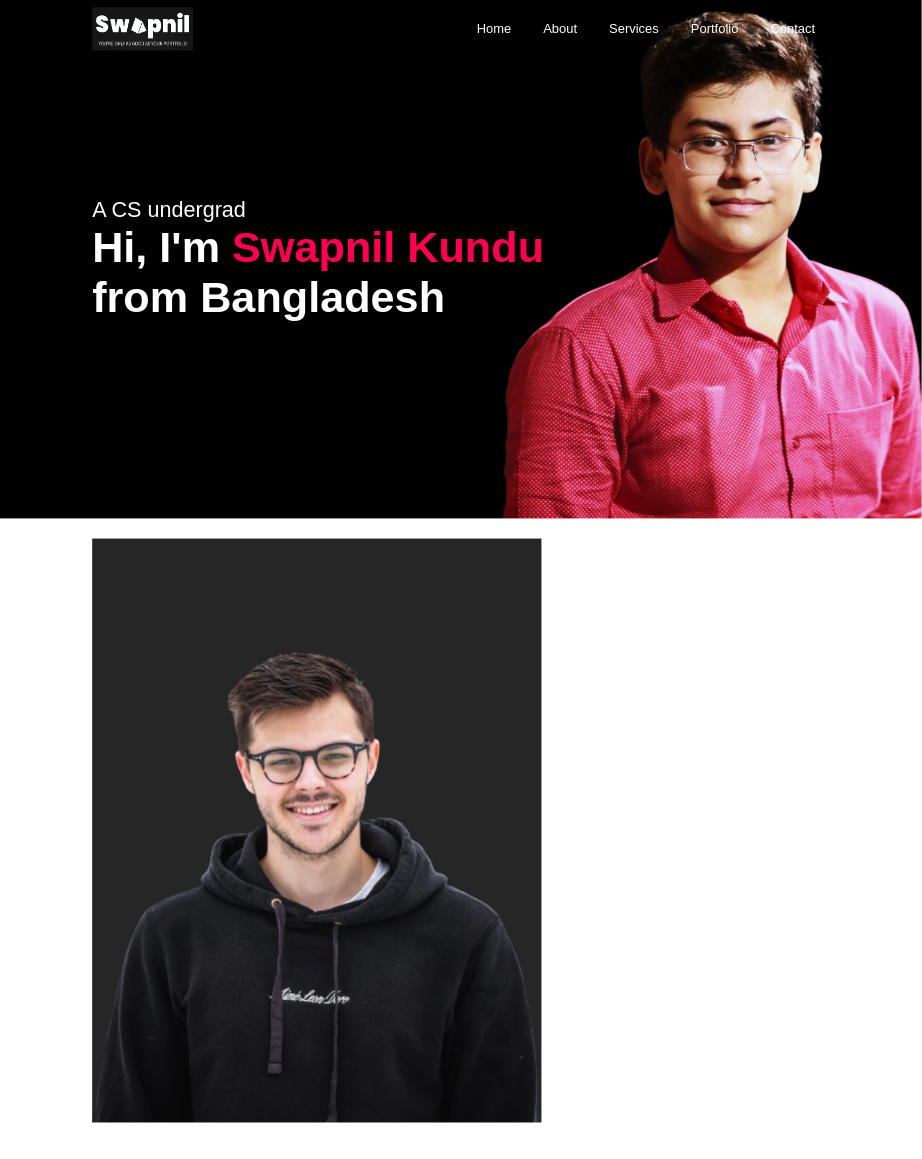
Repository: SwapnilKundu/portfolio
Page: index.html
The author's editor kept a copy of each file at every save. The page is drawn from the files as they stood at one save, then again after the next save.
The browser window is 1280 px wide. The pictures show the whole page, at 72% of full size.

Above is the page before, as saved 2024-01-19 10:20:55.

After the next save:
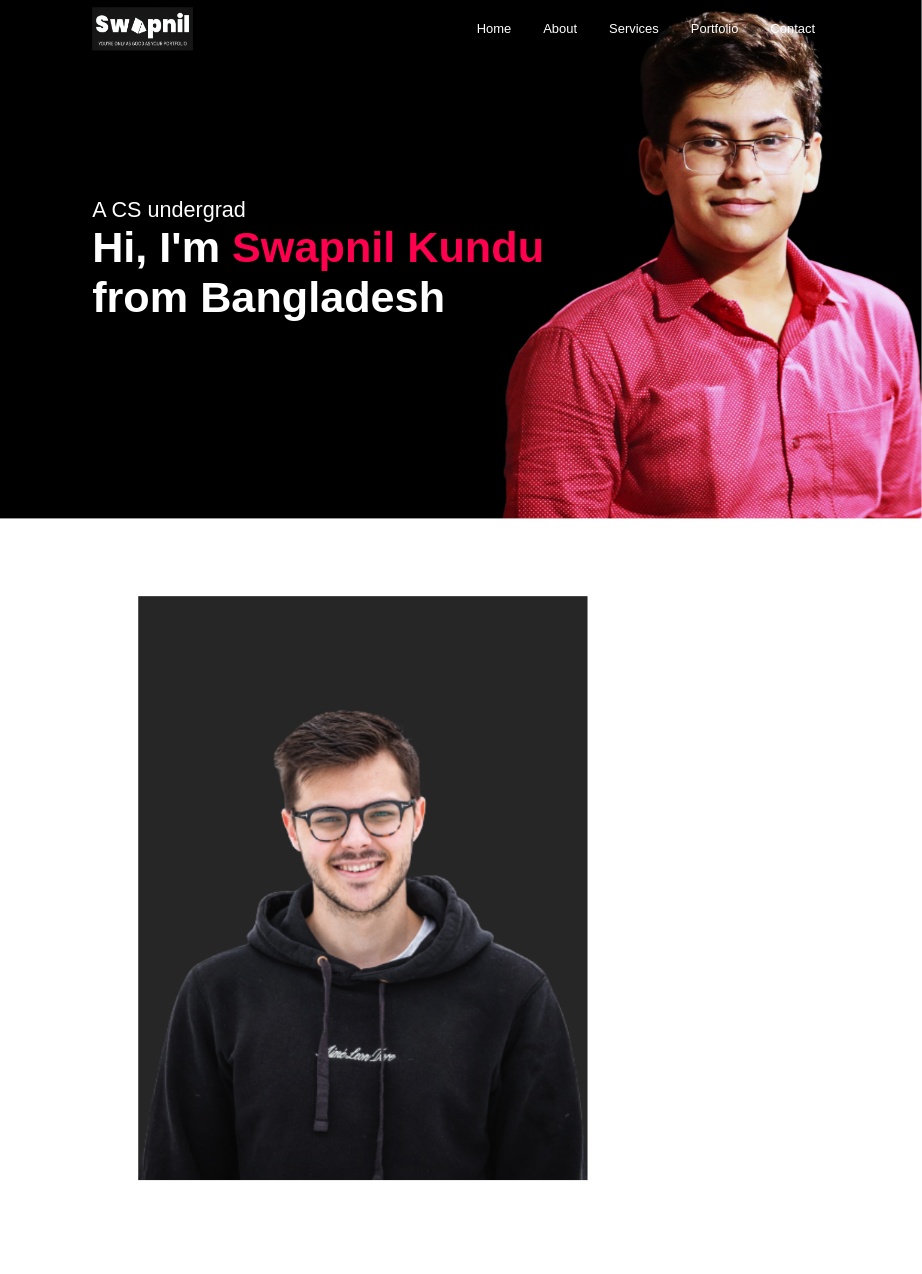
Saved 4 s later.
--- a/style.css
+++ b/style.css
@@ -80,5 +80,5 @@ nav ul li a:hover::after
 /*aboout*/
 #about
 {
-    padding:
+    padding:80px
 }
